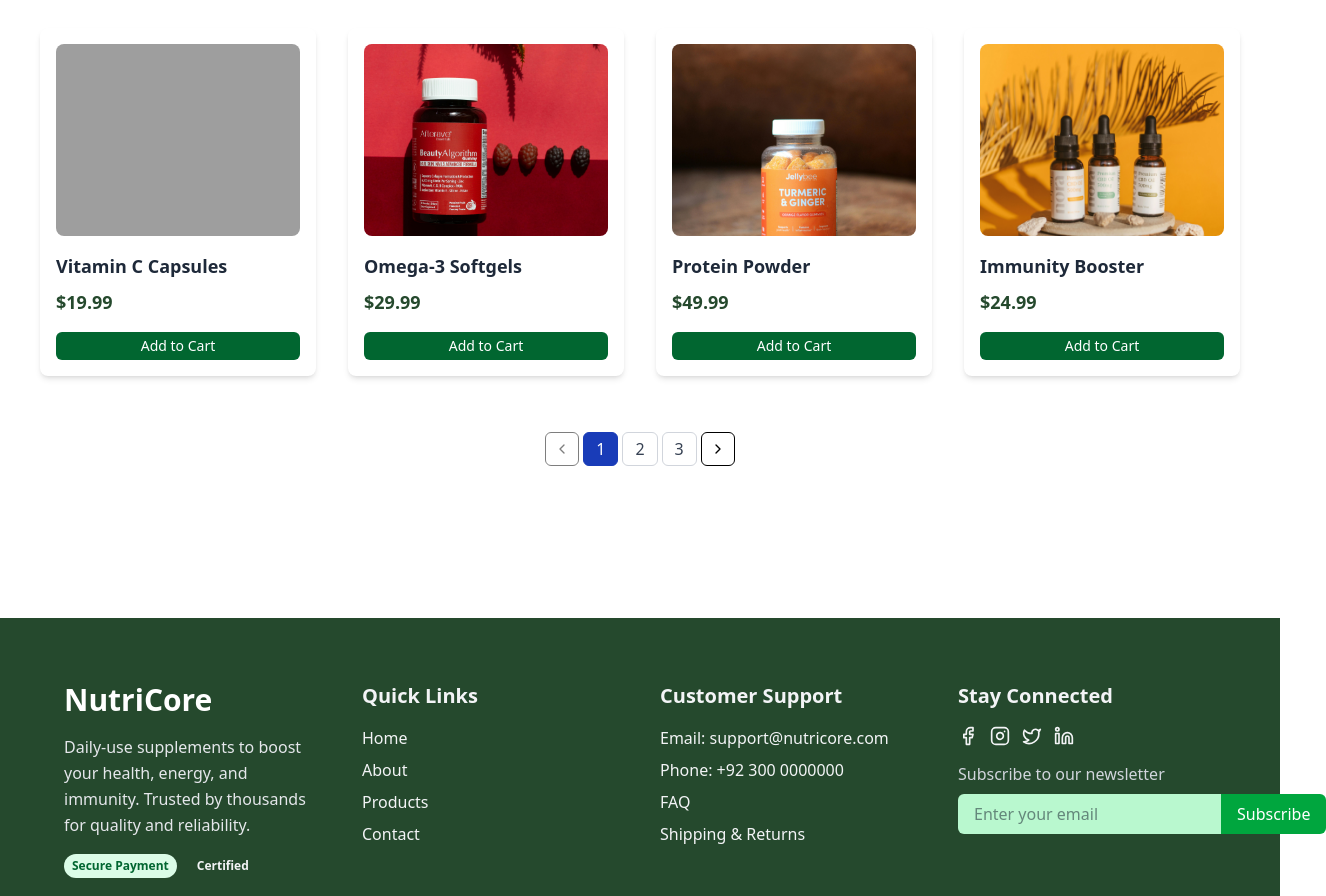
Repository: A-Nawaz512/NutriCore
Page: / (app in frontend/)
These files come from the project's save history. The page is drawn as it stood at one moment and after the next save; the edit follows.
The browser window is 1280 px wide. The page is 1326 px wide, so the pictures cover 1326 px, including what lies to the right of the window. The pictures show the part of the page from y = 1172 to 2068 px (the page is 2183 px tall).
Pictures or frames that could not be fetched are drawn as grey boxes. The project was rebuilt for these pictures with package versions that can differ from the ones it lists, and the page was loaded fresh each time. Also part of the build but not shown: frontend/vite.config.ts.

Above is the page before, as saved 2026-02-17 19:32:44.

After the next save:
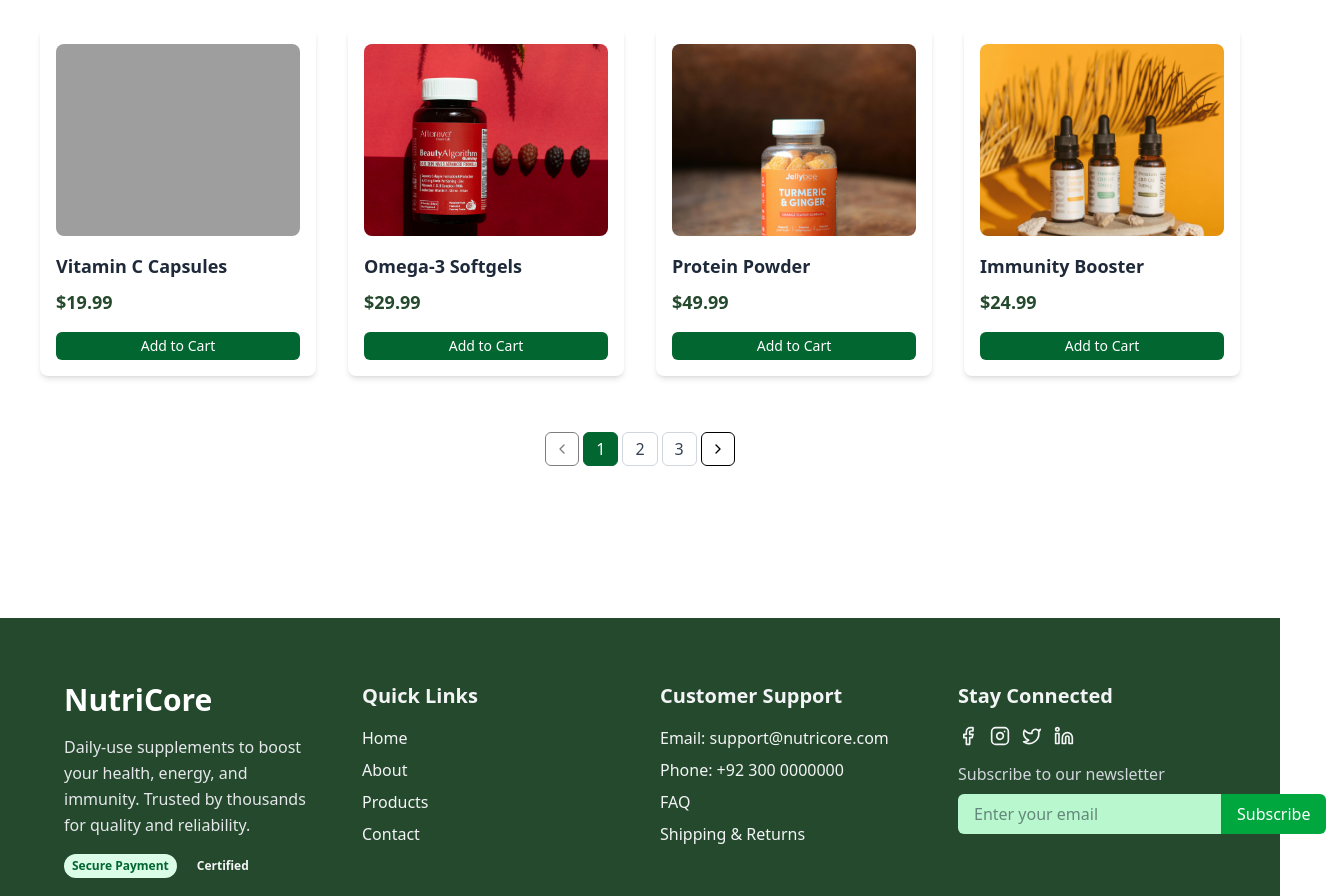
Saved 30 s later.
--- a/frontend/src/shared/components/ui/Pagination.tsx
+++ b/frontend/src/shared/components/ui/Pagination.tsx
@@ -75,7 +75,7 @@ const Pagination: FC<PaginationProps> = ({
             className={clsx(
               "px-3 py-1 rounded-md border transition",
               page === currentPage
-                ? "bg-blue-800 text-white border-blue-800"
+                ? "bg-green-800 text-white border-green-800"
                 : "hover:bg-gray-100 border-gray-300 text-gray-700"
             )}
           >
